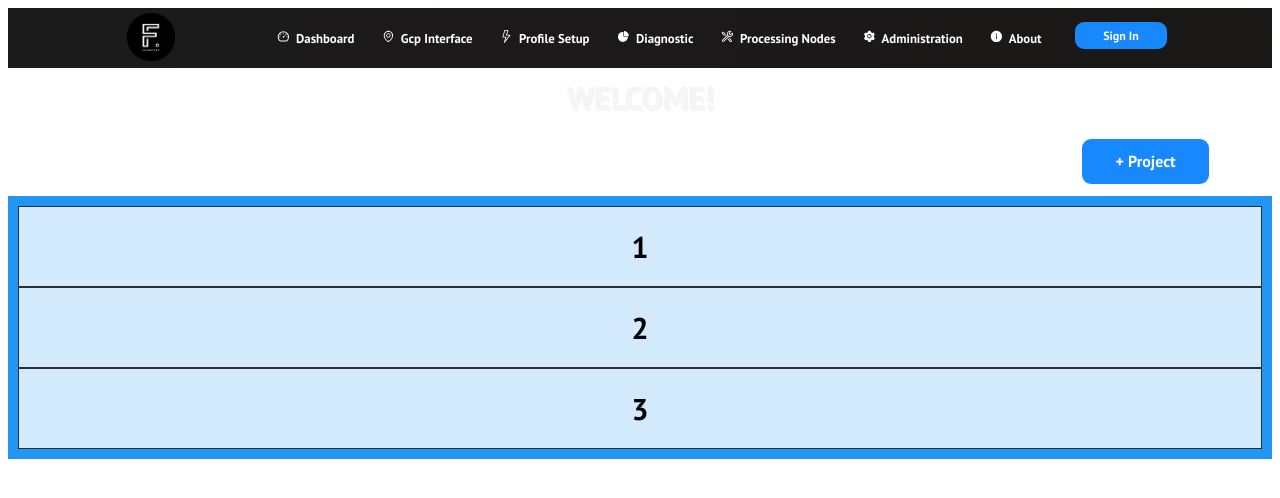
Repository: Akshaykumar1111/akki
Page: /Dashboard
These files come from the project's save history. The page is drawn as it stood at one moment and after the next save; the edit follows.
The browser window is 1280 px wide. The pictures show the whole page.
Some web libraries are served in a nearby version. The project was rebuilt for these pictures with package versions that can differ from the ones it lists, and the page was loaded fresh each time. Also part of the build but not shown: src/components/pages/Administration.css, src/components/pages/Administration.js, src/components/pages/Diagnostic.js, src/components/pages/ProfileSetup.js, src/components/pages/GcpInterface.js, src/components/pages/ProcessingNodes.js, src/components/pages/About.js, src/components/pages/Popup.css and 7 more.

Above is the page before, as saved 2022-10-20 12:39:06.

### src/App.css
* {
  box-sizing: border-box;
  margin: 0;
  padding: 0;
  font-family: 'PT Sans', sans-serif;
}

.home,
.Diagnostic,
.Dashboard,
.ProfileSetup,
.GcpInterface,
.ProcessingNodes,
.products,
.Administration,
.DeveloperTools,
.About,
.sign-up,
.SigUp,
.Forgot,
.marketing,
.consulting {
  display: flex;
  height: 961.3px;
  align-items: center;
  justify-content: center;
  font-size: 2rem;
}


.map-container{
  width: 100%;
  height: 100%;
}

.Dashboard {
  background-image: url('./images/img-1.jpg');
  background-position: center;
  background-size: cover;
  background-repeat: no-repeat;
  color: #fff;
  font-size: 100px;

  margin-bottom: 10px;
}

.GcpInterface {
  background-image: url('./images/img-2.jpg');
  background-position: center;
  background-size: cover;
  background-repeat: no-repeat;
  color: #fff;
  font-size: 100px;
}

.Diagnostic {
  background-image: url('./images/img-3.jpg');
  background-position: center;
  background-size: fill;
  background-repeat: no-repeat;
  color: #fff;
  font-size: 100px;
}

.ProfileSetup {
  background-image: url('./images/img-4.jpg');
  background-position: center;
  background-size: cover;
  background-repeat: no-repeat;
  color: #fff;
  font-size: 100px;
}

.sign-up {
  background-image: url('./images/img-7.jpg');
  background-position: center;
  background-size: cover;
  background-repeat: no-repeat;
  color: #fff;
  font-size: 100px;
}

.marketing {
  background-image: url('./images/img-6.jpg');
  background-position: center;
  background-size: cover;
  background-repeat: no-repeat;
  color: #fff;
  font-size: 100px;
}

.consulting {
  background-image: url('./images/img-5.jpg');
  background-position: bottom;
  background-size: cover;
  background-repeat: no-repeat;
  color: #fff;
  font-size: 100px;
}

### src/components/pages/Dashboard.js

import React from 'react';
import '../../App.css';
import '../Button.css';
import './Dashboard.css';

export default function Dashboard() {
  return ( <>
  <div>
  <h1>welcome!</h1>


</div>
  <button type="button" className='btn projectbtn'>+ Project</button>
  <div class="grid-container">
  <div class="grid-item">1</div>
  <div class="grid-item">2</div>
  <div class="grid-item">3</div>

</div>
  </>
  )
 }

### src/components/Button.js
import React from 'react';
import './Button.css';
import { Link } from 'react-router-dom';

export function Button() {
  return (
    <Link to='sign-In'>
      <button className='btn'>Sign In</button>
    </Link>
  );
}

### src/components/Navbar.css
.navbar {

  height: 70px;
  display: flex;
  justify-content: center;
  align-items: center;
  font-size: 1.2rem;


}
.nav-bg1{
  background-color: rgba(42, 41, 41, 0.606);
  }
.nav-bg2{
  background: linear-gradient(90deg, rgb(28, 27, 27) 0%, rgb(26, 23, 23) 100%);

}

.navbar-logo {
  color: #fff;
  justify-self: start;
  margin-left: 20px;
  cursor: pointer;
  text-decoration: none;
  font-size: 2rem;
}

.fa-firstdraft {
    margin-left: -18%;
    font-size: 1rem;
    height: 4rem;
    width: 4rem;
    text-align: center;
    margin-top: 12%;
    margin-left: -190%;
}
/* .log-img{
  width: 8%;
} */
.nav-menu {
  display: grid;
  grid-template-columns: repeat(8, auto);
  grid-gap: 10px;
  list-style: none;
  text-align: center;
  width: 70vw;
  justify-content: end;
  margin-right: 2rem;
}

.nav-item {
  display: flex;
  align-items: center;
  height: 80px;
  margin-top: 8%;
  display: flex;
}

.nav-links {
  color: white;
  text-decoration: none;
  padding: 0.5rem 1rem;
}

.nav-links:hover {
  background-color: #1888ff;
  border-radius: 4px;
  transition: all 0.2s ease-out;
}

.fa-bars {
  color: #fff;
}

.nav-links-mobile {
  display: none;
}

.menu-icon {
  display: none;
}
.li1{
  margin-top: 9%;
}

.li2{
  margin-top: 8%;
}
.li4{
  margin-top: 9%;
}
.li5{
  margin-top: 6.5%;
}
.li6{
  margin-top: 7.3%;
}
.li7{
  margin-top: 12.4%;
}
.li8{
  margin-top: 7%;
}

.nav-links1 {
  color: white;
  text-decoration: none;
  padding: 0.5rem 1rem;
}






@media screen and (max-width: 1648px) {
  .navbar {
    /* background: linear-gradient(90deg, rgb(28, 27, 27) 0%, rgb(26, 23, 23) 100%); */
    height: 60px;
    display: flex;
    justify-content: center;
    align-items: center;
    font-size: 0.8rem;
  }
  .nav-bg1{
    background-color: rgba(42, 41, 41, 0.606);
    }
  .nav-bg2{
    background: linear-gradient(90deg, rgb(28, 27, 27) 0%, rgb(26, 23, 23) 100%);

  }
  .navbar-logo {
    color: #fff;
    justify-self: start;
    margin-left: 20px;
    cursor: pointer;
    text-decoration: none;
    font-size: 1.5rem;
    padding-right: 1%;
  }

  .fa-firstdraft {
    margin-left: -6%;
    font-size: 1rem;
    height: 3rem;
    width: 3rem;
    text-align: center;
    margin-top: 12%;
}

  .nav-menu {
    display: grid;
    grid-template-columns: repeat(8, auto);
    grid-gap: 8px;
    list-style: none;
    text-align: center;
    width: 75vw;
    justify-content: end;
    margin-right: 1.2rem;
  }

  .nav-item {
    display: flex;
    align-items: center;
    height: 75px;
  }

  .nav-links {
    color: white;
    text-decoration: none;
    padding: 0.5rem 0.6rem;
  }

  .nav-links1 {
    color: white;
    text-decoration: none;
    padding: 0.5rem 1rem;
  }

  .nav-links:hover {
    background-color: #1888ff;
    border-radius: 4px;
    transition: all 0.2s ease-out;
  }

  .fa-bars {
    color: #fff;
  }

  .nav-links-mobile {
    display: none;
  }

  .menu-icon {
    display: none;
  }
  .li1{
    margin-top: 9%;
  }

  .li2{
    margin-top: 8%;
  }
  .li4{
    margin-top: 9%;
  }
  .li5{
    margin-top: 6.5%;
  }
  .li6{
    margin-top: 7.3%;
  }
  .li7{
    margin-top: 12.4%;
  }
  .li8{
    margin-top: 7%;
  }

}



@media screen and (max-width: 961px) {
  .NavbarItems {
    position: relative;
  }

  .nav-menu {
    display: flex;
    flex-direction: column;
    width: 100%;
    height: 90vh;
    position: absolute;
    top: 80px;
    left: -100%;
    opacity: 1;
    transition: all 0.5s ease;
  }

  .nav-menu.active {
    background: #242222;
    left: 0;
    opacity: 1;
    transition: all 0.5s ease;
    z-index: 1;
  }

  .nav-links {
    text-align: center;
    padding: 0rem;
    width: 100%;
    display: table;
    margin-top: -1%;
  }

  .nav-links1 {
    color: white;
    text-decoration: none;
    padding: 0.5rem 1rem;
  }


  .nav-links:hover {
    background-color: #1888ff;
    border-radius: 0;
  }

  .navbar-logo {
    position: absolute;
    top: 0;
    left: 0;
    transform: translate(25%, 50%);
  }

  .menu-icon {
    display: block;
    position: absolute;
    top: -8px;
    right: 0;
    transform: translate(-100%, 60%);
    font-size: 1.8rem;
    cursor: pointer;
  }

  .fa-times {
    color: #fff;
    font-size: 2rem;
  }
  .nav-item {
    display: flex;
    align-items: center;
    height: 88px;
    font-size: 155%;
}

  .nav-links-mobile {
    display: block;
    text-align: center;
    /* padding: 1.5rem; */
    margin: 0rem auto;
    border-radius: 16px;
    width: 50%;
    background: #1888ff;
    text-decoration: none;
    color: #fff;
    font-size: 1.2rem;
    height: 55px;
    margin-bottom: 2%;
    padding-top: 2%;
  }

  .nav-links-mobile:hover {
    background: #fff;
    color: #1888ff;
    transition: 250ms;
  }

  .nav-Button{
    margin-top: 14%;
  }
  /* button {
    display: none;
  } */
  .fa-firstdraft {
    margin-left: 85%;
    font-size: 1rem;
    height: 3rem;
    width: 3rem;
    text-align: center;
    margin-top: -28%;
}
.li1{
  margin-top: 9%;
}

.li2{
  margin-top: 8%;
}
.li4{
  margin-top: 9%;
}
.li5{
  margin-top: 6.5%;
}
.li6{
  margin-top: 7.3%;
}
.li7{
  margin-top: 12.4%;
}
.li8{
  margin-top: 7%;
}

}



@media screen and (max-width: 480px) {
  .NavbarItems {
    position: relative;
  }

  .nav-menu {
    display: flex;
    flex-direction: column;
    width: 100%;
    height: 90vh;
    position: absolute;
    top: 80px;
    left: -100%;
    opacity: 1;
    transition: all 0.5s ease;
  }

  .nav-menu.active {
    background: #242222;
    left: 0;
    opacity: 1;
    transition: all 0.5s ease;
    z-index: 1;
  }

  .nav-links {
    text-align: center;
    padding: 0rem;
    width: 100%;
    display: table;
    margin-top: -1%;
  }

  .nav-links1 {
    color: white;
    text-decoration: none;
    padding: 0.5rem 1rem;
  }


  .nav-links:hover {
    background-color: #1888ff;
    border-radius: 0;
  }

  .navbar-logo {
    position: absolute;
    top: 0;
    left: 0;
    transform: translate(25%, 50%);
  }

  .menu-icon {
    display: block;
    position: absolute;
    top: -8px;
    right: 0;
    transform: translate(-100%, 60%);
    font-size: 1.8rem;
    cursor: pointer;
  }

  .fa-times {
    color: #fff;
    font-size: 2rem;
  }
  .nav-item {
    display: flex;
    align-items: center;
    height: 88px;
    font-size: 155%;
}

  .nav-links-mobile {
    display: block;
    text-align: center;
    /* padding: 1.5rem; */
    margin: 0rem auto;
    border-radius: 16px;
    width: 50%;
    background: #1888ff;
    text-decoration: none;
    color: #fff;
    font-size: 1.2rem;
    height: 55px;
    margin-bottom: 2%;
    padding-top: 2%;
  }

  .nav-links-mobile:hover {
    background: #fff;
    color: #1888ff;
    transition: 250ms;
  }

  .nav-Button{
    margin-top: 14%;
  }
  /* button {
    display: none;
  } */
  .fa-firstdraft {
    margin-left: 50%;
    font-size: 1rem;
    height: 3rem;
    width: 3rem;
    text-align: center;
    margin-top: -28%;
}
.li1{
  margin-top: 9%;
}

.li2{
  margin-top: 8%;
}
.li4{
  margin-top: 9%;
}
.li5{
  margin-top: 6.5%;
}
.li6{
  margin-top: 7.3%;
}
.li7{
  margin-top: 12.4%;
}
.li8{
  margin-top: 7%;
}

}

/* <-----------sticky navbar----------> */
/* .sticky{
  position: fixed;
  top: 0;
  left: 0;
  width: 100%;
  height: 5rem;
  padding-top: 0;
  padding-bottom: 0;
  box-shadow: 0 0 2rem 0 rgb(0,0,0,5);
} */
/* <-----------sticky navbar end----------> */

### src/components/Button.css
:root {
  --primary: #1888ff;
}

.btn {
  padding: 6px 9px;
  border-radius: 4px;
  outline: none;
  border: none;
  font-size: 15px;
  color: #fff;
  cursor: pointer;
  background-color: var(--primary);
  margin-top: 33%;
}
.projectbtn {
  font-size: 150%;
  /* padding: 0.5% 0.1% 0.5% 0.1%; */
  width: 10%;
  margin-top: 1%;
  margin-left: 89%;
}

.btn:hover {
  padding: 5px 9px;
  transition: all 0.3s ease-out;
  background-color: transparent;
  color: #fff;
  border-radius: 4px;
  border: 2px solid var(--primary);
  transition: all 0.3s ease-out;
}
@media screen and (max-width: 1140px) {
  .NavbarItems {
    position: relative;
  }
  :root {
    --primary: #1888ff;
  }

  .btn {
    padding: 6px 12px;
    border-radius: 9px;
    outline: none;
    border: none;
    font-size: 12px;
    color: #fff;
    cursor: pointer;
    background-color: var(--primary);
    margin-top: 36%;
  }
  .projectbtn {
    font-size: 150%;
    /* padding: 0.5% 0.1% 0.5% 0.1%; */
    width: 10%;
    margin-top: 1%;
    margin-left: 89%;
  }

  .btn:hover {
    padding: 6px 18px;
    transition: all 0.3s ease-out;
    background-color: transparent;
    color: #fff;
    border-radius: 4px;
    border: 2px solid var(--primary);
    transition: all 0.3s ease-out;
  }
}

@media screen and (max-width: 1648px) {
  .NavbarItems {
    position: relative;
  }
  :root {
    --primary: #1888ff;
  }

  .btn {
    padding: 6px 12px;
    border-radius: 9px;
    outline: none;
    border: none;
    font-size: 12px;
    color: #fff;
    cursor: pointer;
    background-color: var(--primary);
    margin-top: 26%;
  }
  .projectbtn {
    font-size: 100%;
    padding: 1% 0.1% 1% 0.1%;
    width: 10%;
    margin-top: 1%;
    margin-left: 85%;
  }

  .btn:hover {
    padding: 6px 18px;
    transition: all 0.3s ease-out;
    background-color: transparent;
    color: #fff;
    border-radius: 4px;
    border: 2px solid var(--primary);
    transition: all 0.3s ease-out;
  }
}




@media screen and (max-width: 961px) {
  .NavbarItems {
    position: relative;
  }
  :root {
    --primary: #1888ff;
  }

  .btn {

    border-radius: 9px;
    outline: none;
    border: none;
    font-size: 12px;
    color: #fff;
    cursor: pointer;
    background-color: var(--primary);
    width: auto;
    margin-top: 3%;
  }
  .projectbtn {
    font-size: 100%;
    padding: 1.5% 0.1% 1.5% 0.1%;
    width: 10%;
    margin-top: 1%;
    margin-left: 86%;
  }

  .btn:hover {
    padding: 0px 0px;
    transition: all 0.3s ease-out;
    background-color: transparent;
    color: #fff;
    border-radius: 4px;
    border: 2px solid var(--primary);
    transition: all 0.3s ease-out;
  }
}

### src/components/pages/Dashboard.css
.grid-container {
    display: grid;
    grid-template-rows: auto auto auto;
    background-color: #2196F3;
    padding: 10px;
  }
  .grid-item {
    background-color: rgba(255, 255, 255, 0.8);
    border: 1px solid rgba(0, 0, 0, 0.8);
    padding: 20px;
    font-size: 30px;
    text-align: center;
  }
  div {
    padding: 8px;
  }

  h1 {
    text-align: center;
    text-transform: uppercase;
    color: whitesmoke;
    text-shadow: 2px 2px;

  }

### src/components/pages/Signin.css
.sign-ups{
    display: flex;
    height: 33px;
    align-items: center;
    justify-content: center;
    font-size: 3rem;
    margin-top: -9px;
    color:whitesmoke;
    text-shadow: 2px 2px 15px white;
  }
  body {font-family: Arial, Helvetica, sans-serif;}
  /* The Modal (background) */
  .Main-login-Div {
  width: 100%;
  height: 100%;
  background-color: rgba(0,0,0,0.4);

  padding:10% 20% 5.6% 20%;

  background-image: url('../../images/abhi.jpg');
  background-size: cover;


  }

  /* input[type=text], input[type=password] {
  width: 100%;
  padding: 12px 20px;
  margin: 12px 0;
  display: inline-block;
  border: 1px solid #ccc;
  box-sizing: border-box;
  } */
  .input[type=text], .input[type=password] {
    width: 100%;
    padding: 12px 20px;
    margin: 12px 0;
    display: inline-block;
    border: 1px solid #ccc;
    box-sizing: border-box;
    }

  /* Set a style for all buttons */
  button {
  background-color: var(--primary);
  color: white;
  padding: 14px 20px;
  margin: 12px 0;
  border: none;
  cursor: pointer;
  width: 100%;
  border-radius: 10px;

  }


  button:hover {
  opacity: 0.8;
  }

  .nav-links-mobile {
    display: none;
  }

  /* Extra styles for the cancel button */
  .cancelbtn {
  width: auto;
  padding: 10px 18px;
  background-color: #f44336;
  border-radius: 9%;
  }

  .Signupbtn{
  width: auto;
  padding: 10px 18px;
  background-color: var(--primary);
  text-align: center;
  border-radius: 9%;
  }

  /* Center the image and position the close button */
  .imgcontainer  {
  text-align: center;
  margin: 24px 0 12px 0;
  position: relative;
  }

  img.avatar {
  width: 40%;
  border-radius: 50%;
  }

  .container {
  padding: 16px;
  /* text-align: right; */

  }
  .cont2{
    margin-left: 75px;
  }

  .container5 {

  /* text-align: right; */
  width: 100%;
  display: flex;
  /* height: 10%; */

  }

  .container1 {
  padding: 16px;

  width: 80%;

  }
  .container2 {
  width: 20%;
  text-align: right;
  padding: 16px;

  }







  span.psw {
  float: right;
  padding-top: 16px;
  }



  /* Modal Content/Box */
  .modal-content {
  background-color: #fefefe;
  margin: 5% auto 15% auto; /* 5% from the top, 15% from the bottom and centered */
  border: 1px solid #888;
  width: 80%; /* Could be more or less, depending on screen size */
  border-radius: 18px;
  }

  /* The Close Button (x) */
  .close {
  position: absolute;
  right: 25px;
  top: 0;
  color: #000;
  font-size: 35px;
  font-weight: bold;
  }

  .close:hover,
  .close:focus {
  color: red;
  cursor: pointer;
  }

  /* Add Zoom Animation */
  .animate {
  -webkit-animation: animatezoom 0.6s;
  animation: animatezoom 0.6s
  }

  @-webkit-keyframes animatezoom {
  from {-webkit-transform: scale(0)}
  to {-webkit-transform: scale(1)}
  }

  @keyframes animatezoom {
  from {transform: scale(0)}
  to {transform: scale(1)}
  }


  /* /////////////////////////////////////////////////////////////////////////////////////////////////////////////////// */
  @media screen and (max-width: 961px){
  .sign-ups{
    display: flex;
    height: 33px;
    align-items: center;
    justify-content: center;
    font-size: 3rem;
    margin-top: -9px;
    color:whitesmoke;
    text-shadow: 2px 2px 15px white;
  }
  body {font-family: Arial, Helvetica, sans-serif;}
  /* The Modal (background) */
  .Main-login-Div {
  width: 100%; /* Full width */
  height: 100%; /* Full height */
  background-color: rgba(0,0,0,0.4); /* Black w/ opacity */
  padding-top: 15%;
  padding-bottom: 2%;

  background-image: url('../../images/abhi.jpg');
  background-size: cover;


  }

  .input2[type=text], .input2[type=password] {
  width: 80%;
  padding: 12px 20px;
  margin: 12px 0;
  display: inline-block;
  border: 1px solid #ccc;
  box-sizing: border-box;
  }

  /* Set a style for all buttons */
  button {
  background-color: var(--primary);
  color: white;
  padding: 14px 20px;
  margin: 12px 0;
  border: none;
  cursor: pointer;
  width: 100%;
  border-radius: 10px;
  }


  button:hover {
  opacity: 0.8;
  }

  /* Extra styles for the cancel button */
  .cancelbtn {
  /* width: auto; */
  padding: 10px 18px;
  background-color: #f44336;
  }

  .Signupbtn{
  /* width: auto; */
  padding: 10px 18px;
  background-color: var(--primary);
  text-align: center;

  }

  /* Center the image and position the close button */
  .imgcontainer  {
  text-align: center;
  margin: 24px 0 12px 0;
  position: relative;
  }

  img.avatar {
  width: 40%;
  border-radius: 50%;
  }

  .container {
  padding: 16px;
  /* text-align: right; */

  }

  .container5 {

  /* text-align: right; */
  width: 100%;
  display: flex;
  /* height: 10%; */

  }

  .container1 {
  padding: 16px;

  width: 80%;

  }
  .container2 {
  width: 50%;
  text-align: right;
  padding: 16px;

  }








  span.psw {
  float: right;
  padding-top: 16px;
  }



  /* Modal Content/Box */
  .modal-content {
  background-color: #fefefe;
  margin: 5% auto 15% auto; /* 5% from the top, 15% from the bottom and centered */
  border: 1px solid #888;
  width: 80%; /* Could be more or less, depending on screen size */
  border-radius: 18px;
  }

  /* The Close Button (x) */
  .close {
  position: absolute;
  right: 25px;
  top: 0;
  color: #000;
  font-size: 35px;
  font-weight: bold;
  }

  .close:hover,
  .close:focus {
  color: red;
  cursor: pointer;
  }

  /* Add Zoom Animation */
  .animate {
  -webkit-animation: animatezoom 0.6s;
  animation: animatezoom 0.6s
  }

  @-webkit-keyframes animatezoom {
  from {-webkit-transform: scale(0)}
  to {-webkit-transform: scale(1)}
  }

  @keyframes animatezoom {
  from {transform: scale(0)}
  to {transform: scale(1)}
  }
  }
  @media screen and (max-width: 300px) {
    span.psw {
       display: block;
       float: none;
    }
    .cancelbtn {
       width: 100%;
    }
  }

  @media screen and (max-width: 610px){
    .sign-ups{
      display: flex;
      height: 33px;
      align-items: center;
      justify-content: center;
      font-size: 2rem;
      margin-top: -9px;
      color:whitesmoke;
      text-shadow: 2px 2px 15px white;
    }
    body {font-family: Arial, Helvetica, sans-serif;}
    /* The Modal (background) */
    .Main-login-Div {
    width: 100%; /* Full width */
    height: 100%; /* Full height */
    background-color: rgba(0,0,0,0.4); /* Black w/ opacity */
    padding-top: 15%;
    padding-bottom: 2%;

    background-image: url('../../images/abhi.jpg');
    background-size: cover;


    }

    .input[type=text], .input[type=password] {
    width: 100%;
    padding: 12px 20px;
    margin: 12px 0;
    display: inline-block;
    border: 1px solid #ccc;
    box-sizing: border-box;
    }

    /* Set a style for all buttons */
    /* button {
    background-color: var(--primary);
    color: white;
    padding: 14px 20px;
    margin: 12px 0;
    border: none;
    cursor: pointer;
    width: 126%;
    } */
    .button {
      background-color: var(--primary);
      color: white;
      padding: 14px 20px;
      margin: 12px 0;
      border: none;
      cursor: pointer;
      width: 100%;
      border-radius: 10px;
      }



    button:hover {
    opacity: 0.8;
    }

    /* Extra styles for the cancel button */
    .cancelbtn {
    /* width: auto; */
    padding: 7px 14px;
    background-color: #f44336;
    }
    .cont2{
      margin-left: 75px;

    }
    .Signupbtn{
    /* width: auto; */
    padding: 3px 11px;
    background-color: var(--primary);
    text-align: center;
    font-size: 14px;

    }
    .Forgot-password{
      font-size: 12px;
    }

    /* Center the image and position the close button */
    .imgcontainer  {
    text-align: center;
    margin: 24px 0 12px 0;
    position: relative;
    }

    img.avatar {
    width: 40%;
    border-radius: 50%;
    }

    .container {
    padding: 16px;
    /* text-align: right; */
    width: 100%;

    }

    .container5 {

    /* text-align: right; */
    width: 100%;
    display: flex;
    /* height: 10%; */

    }

    .container1{
    padding: 16px;

    width: 80%;

    }
    .container2 {
    width: 50%;
    text-align: right;
    padding: 16px;

    }








    span.psw1 {
    float: right;
    padding-top: 16px;
    }



    /* Modal Content/Box */
    .modal-content {
    background-color: #fefefe;
    margin: 5% auto 15% auto; /* 5% from the top, 15% from the bottom and centered */
    border: 1px solid #888;
    width: 80%; /* Could be more or less, depending on screen size */
    border-radius: 18px;
    }

    /* The Close Button (x) */
    .close {
    position: absolute;
    right: 25px;
    top: 0;
    color: #000;
    font-size: 35px;
    font-weight: bold;
    }

    .close:hover,
    .close:focus {
    color: red;
    cursor: pointer;
    }

    /* Add Zoom Animation */
    .animate {
    -webkit-animation: animatezoom 0.6s;
    animation: animatezoom 0.6s
    }

    @-webkit-keyframes animatezoom {
    from {-webkit-transform: scale(0)}
    to {-webkit-transform: scale(1)}
    }

    @keyframes animatezoom {
    from {transform: scale(0)}
    to {transform: scale(1)}
    }
    }

    @media screen and (max-width: 523px){
      .sign-ups{
        display: flex;
        height: 33px;
        align-items: center;
        justify-content: center;
        font-size: 1.5rem;
        margin-top: -9px;
        color:whitesmoke;
        text-shadow: 2px 2px 15px white;
      }
      body {font-family: Arial, Helvetica, sans-serif;}
      /* The Modal (background) */
      .Main-login-Div {
      width: 100%; /* Full width */
      height: 100%; /* Full height */
      background-color: rgba(0,0,0,0.4); /* Black w/ opacity */
      padding-top: 15%;
      padding-bottom: 2%;

      background-image: url('../../images/abhi.jpg');
      background-size: cover;


      }

      .input[type=text], .input[type=password] {
      width: 100%;
      padding: 12px 20px;
      margin: 12px 0;
      display: inline-block;
      border: 1px solid #ccc;
      box-sizing: border-box;
      }

      /* Set a style for all buttons */
      /* button {
      background-color: var(--primary);
      color: white;
      padding: 14px 20px;
      margin: 12px 0;
      border: none;
      cursor: pointer;
      width: 126%;
      } */
      .button {
        background-color: var(--primary);
        color: white;
        padding: 14px 20px;
        margin: 12px 0;
        border: none;
        cursor: pointer;
        width: 100%;
        border-radius: 10px;

        }



      button:hover {
      opacity: 0.8;
      }

      /* Extra styles for the cancel button */
      .cancelbtn {
      /* width: auto; */
      padding: 7px 14px;
      background-color: #f44336;
      }
      .cont2{
        margin-left: 30px;

      }
      .Signupbtn{
      /* width: auto; */
      padding: 3px 11px;
      background-color: var(--primary);
      text-align: center;
      font-size: 14px;

      }
      .Forgot-password{
        font-size: 12px;
      }

      /* Center the image and position the close button */
      .imgcontainer  {
      text-align: center;
      margin: 24px 0 12px 0;
      position: relative;
      }

      img.avatar {
      width: 40%;
      border-radius: 50%;
      }

      .container {
      padding: 16px;
      /* text-align: right; */
      width: 100%;

      }

      .container5 {

      /* text-align: right; */
      width: 100%;
      display: flex;
      /* height: 10%; */

      }

      .container1{
      padding: 16px;

      width: 80%;

      }
      .container2 {
      width: 50%;
      text-align: right;
      padding: 16px;

      }








      span.psw1 {
      float: right;
      padding-top: 16px;
      }



      /* Modal Content/Box */
      .modal-content {
      background-color: #fefefe;
      margin: 5% auto 15% auto; /* 5% from the top, 15% from the bottom and centered */
      border: 1px solid #888;
      width: 80%; /* Could be more or less, depending on screen size */
      border-radius: 18px;
      }

      /* The Close Button (x) */
      .close {
      position: absolute;
      right: 25px;
      top: 0;
      color: #000;
      font-size: 35px;
      font-weight: bold;
      }

      .close:hover,
      .close:focus {
      color: red;
      cursor: pointer;
      }

      /* Add Zoom Animation */
      .animate {
      -webkit-animation: animatezoom 0.6s;
      animation: animatezoom 0.6s
      }

      @-webkit-keyframes animatezoom {
      from {-webkit-transform: scale(0)}
      to {-webkit-transform: scale(1)}
      }

      @keyframes animatezoom {
      from {transform: scale(0)}
      to {transform: scale(1)}
      }

      }

Loaded but not shown: public/index.html (common file); src/index.js (common file); src/components/Navbar.js (179 lines, source omitted); src/App.js (57 lines, source omitted)

After the next save:
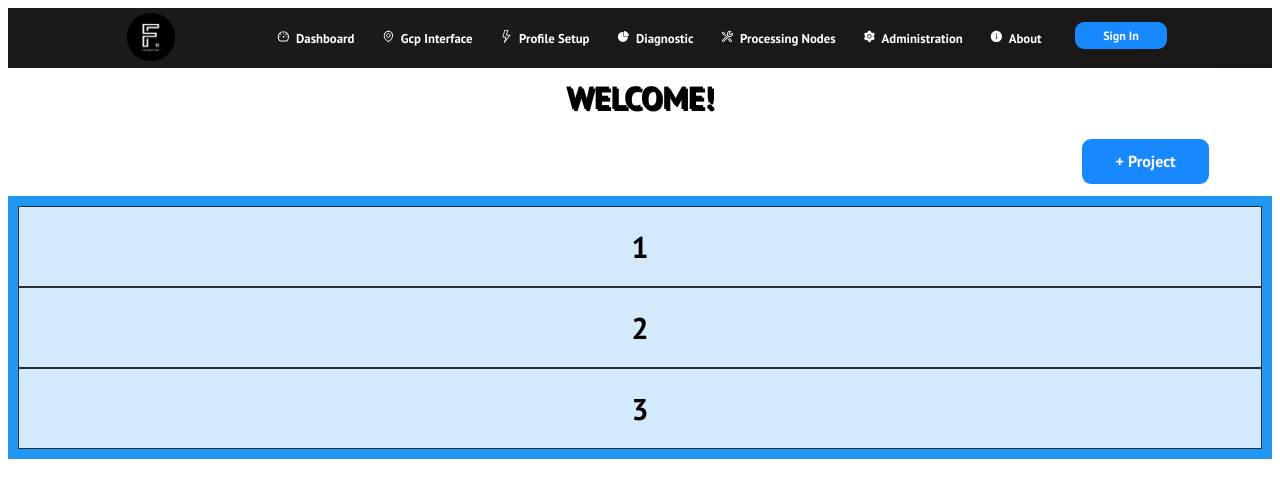
Saved 15 s later.
--- a/src/components/pages/Dashboard.css
+++ b/src/components/pages/Dashboard.css
@@ -18,7 +18,7 @@
   h1 {
     text-align: center;
     text-transform: uppercase;
-    color: whitesmoke;
+    color: black;
     text-shadow: 2px 2px;
 
   }
